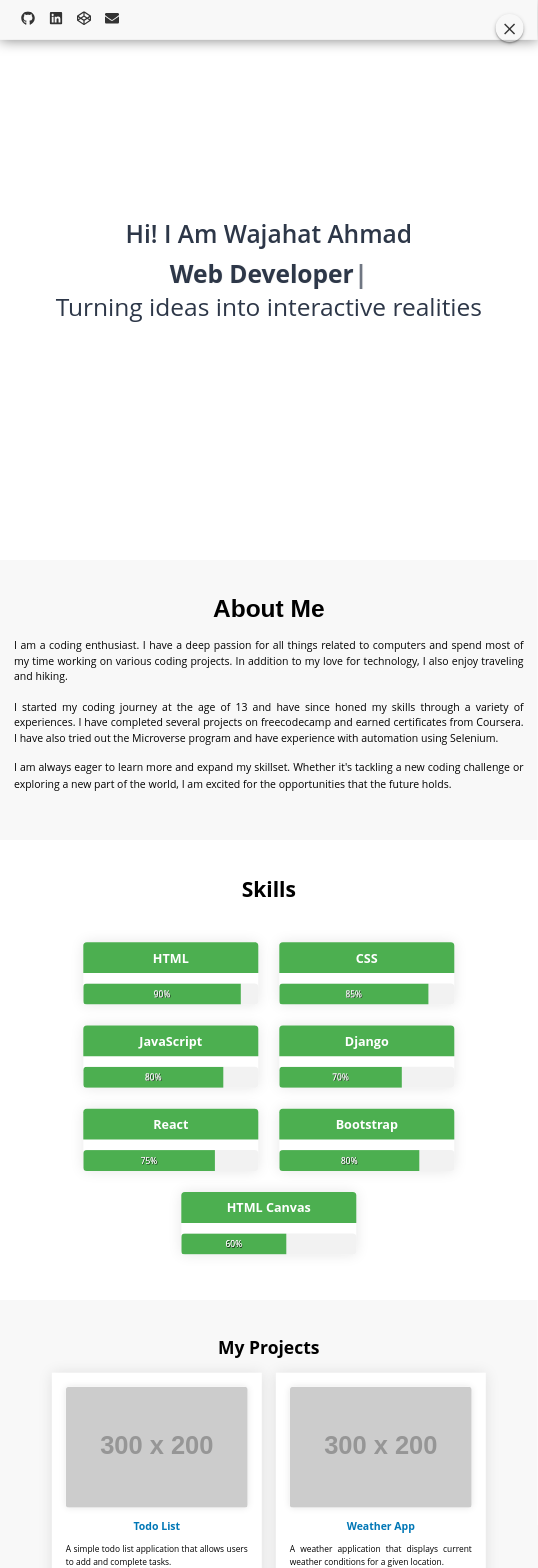
Repository: WajahatKanju/wajahatkanju.github.io
Page: /
An editor plug-in stored every save of this project. The page is shown before and after the next save, followed by the edit.
The browser window is 768 px wide. The pictures show the part of the page from y = 0 to 2240 px (the page is 3532 px tall), at 70% of full size.
The project was rebuilt for these pictures with package versions that can differ from the ones it lists, and the page was loaded fresh each time. Also part of the build but not shown: vite.config.js.

Above is the page before, as saved 2023-05-06 11:32:31.

After the next save:
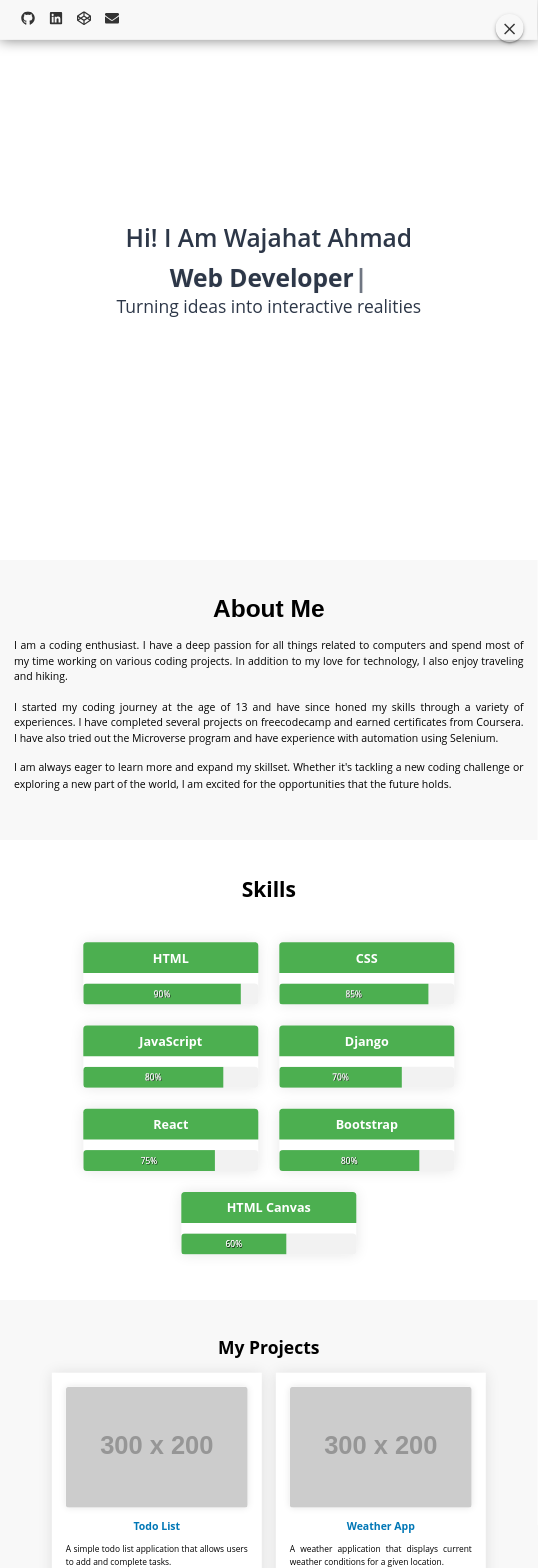
Saved 7 s later.
--- a/src/styles/Header.scss
+++ b/src/styles/Header.scss
@@ -75,7 +75,7 @@
 
       h3 {
         text-align: center;
-        font-size: 3.5rem;
+        font-size: 2.5rem;
       }
 
       #typewriter {
